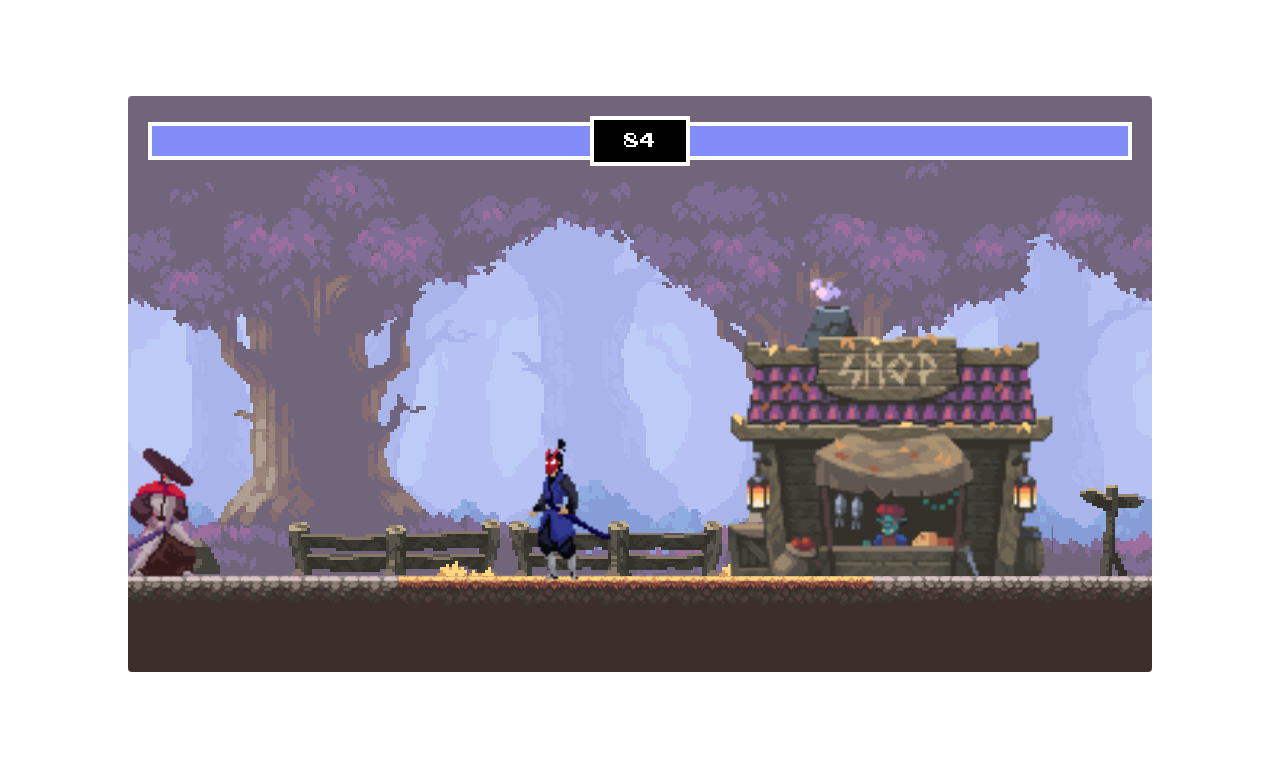
Repository: LuizAGDomingues/js-fighting-game
Page: index.html
The author's editor kept a copy of each file at every save. The page is drawn from the files as they stood at one save, then again after the next save.
The browser window is 1280 px wide. The pictures show the whole page.

Above is the page before, as saved 2022-12-24 10:00:03.

### index.html
<!DOCTYPE html>
<html lang="en">
  <head>
    <meta charset="UTF-8" />
    <link rel="icon" type="image/svg+xml" href="./images/Logo.jpg" />
    <link rel="preconnect" href="https://fonts.googleapis.com" />
    <link rel="preconnect" href="https://fonts.gstatic.com" crossorigin />
    <link href="https://fonts.googleapis.com/css2?family=Press+Start+2P&display=swap" rel="stylesheet" />
    <link href="./src/css/battle.css" rel="stylesheet" />
    <meta name="viewport" content="width=device-width, initial-scale=1.0" />
    <title>Figthing Game</title>
  </head>
  <body>
    <div class="content">
      <div class="life-bars">
        <!-- player health -->
        <div class="playerHealth-content">
          <div class="playerHealth-aux"></div>
          <div id="playerHealth" class="playerHealth-bar"></div>
        </div>
        <!-- timer -->
        <div id="timer" class="timer">10</div>
        <!-- enemy health -->
        <div class="enemyHealth-content">
          <div class="enemyHealth-aux"></div>
          <div id="enemyHealth" class="enemyHealth-bar"></div>
        </div>
      </div>
      <div id="displayText" class="result">Tie</div>
      <canvas style="border-radius: 4px;"></canvas>
    </div>
    <script
      src="https://cdnjs.cloudflare.com/ajax/libs/gsap/3.11.3/gsap.min.js"
      integrity="sha512-gmwBmiTVER57N3jYS3LinA9eb8aHrJua5iQD7yqYCKa5x6Jjc7VDVaEA0je0Lu0bP9j7tEjV3+1qUm6loO99Kw=="
      crossorigin="anonymous"
      referrerpolicy="no-referrer"
    ></script>
    <script src="./src/utils.js"></script>
    <script src="./src/classes.js"></script>
    <script src="./src/main.js"></script>
  </body>
</html>

### src/css/battle.css
* {
  box-sizing: border-box;
  font-family: 'Press Start 2P', sans-serif;
}

body {
  width: 100%;
  height: 100%;
  display: flex;
  justify-content: center;
  margin: 6rem 0;
  overflow: hidden;
}

.content {
  position: relative;
  display: inline-block;
}

.life-bars {
  position: absolute;
  display: flex;
  width: 100%;
  align-items: center;
  padding: 20px;
}

.playerHealth-content {
  position: relative;
  width: 100%;
  display: flex;
  justify-content: flex-end;
  border-top: 4px solid white;
  border-left: 4px solid white;
  border-bottom: 4px solid white;
}

.playerHealth-aux {
  background-color: red;
  height: 30px;
  width: 100%;
}

.playerHealth-bar {
  position: absolute;
  background: #818CF8;
  top: 0;
  right: 0;
  bottom: 0;
  width: 100%;
}

.timer {
  background-color: black;
  width: 100px;
  height: 50px;
  flex-shrink: 0;
  display: flex;
  align-items: center;
  justify-content: center;
  color: white;
  border: 4px solid white;
}

.enemyHealth-content {
  position: relative;
  width: 100%;
  border-top: 4px solid white;
  border-right: 4px solid white;
  border-bottom: 4px solid white;
}

.enemyHealth-aux {
  background-color: red;
  height: 30px;
}

.enemyHealth-bar {
  position: absolute;
  background: #818CF8;
  top: 0;
  right: 0;
  bottom: 0;
  left: 0;
}

.result {
  position: absolute;
  color: white;
  align-items: center;
  justify-content: center;
  top: 0;
  right: 0;
  bottom: 0;
  left: 0;
  display: none;
}

### src/utils.js
function rectangularCollision({ rectangle1, rectangle2 }) {
  return (
    rectangle1.attackBox.position.x + rectangle1.attackBox.width >= rectangle2.position.x
    && rectangle1.attackBox.position.x <= rectangle2.position.x + rectangle2.width
    && rectangle1.attackBox.position.y + rectangle1.attackBox.height >= rectangle2.position.y
    && rectangle1.attackBox.position.y <= rectangle2.position.y + rectangle2.height
  )
};

function determineWinner({player, enemy, timerId}) {
  clearTimeout(timerId)
  document.querySelector('#displayText').style.display = 'flex'
  if(player.health === enemy.health) {
    document.querySelector('#displayText').innerHTML = 'Tie'
  } else if (player.health > enemy.health) {
    document.querySelector('#displayText').innerHTML = 'Player 1 wins'
  } else if (player.health < enemy.health) {
    document.querySelector('#displayText').innerHTML = 'Player 2 wins'
  }
};

### src/classes.js
class Sprite {
  constructor({position, imageSrc, scale = { x: 1, y: 1 }, framesMax = 1, offset = { x: 0, y: 0 }}) {
    this.position = position
    this.image = new Image()
    this.image.src = imageSrc
    this.scale = scale
    this.framesMax = framesMax
    this.framesCurrent = 0
    this.framesElapsed = 0
    this.framesHold = 5
    this.offset = offset
  }

  draw() {
    c.drawImage(
      this.image,
      this.framesCurrent * (this.image.width / this.framesMax),
      0,
      this.image.width / this.framesMax,
      this.image.height,
      this.position.x - this.offset.x,
      this.position.y - this.offset.y,
      (this.image.width / this.framesMax) * this.scale.x,
      this.image.height * this.scale.y
    )
  }

  animateFrames() {
    this.framesElapsed++
    if(this.framesElapsed % this.framesHold === 0) {
      if(this.framesCurrent < this.framesMax - 1) {
        this.framesCurrent++
      } else {
        this.framesCurrent = 0
      }
    }
  }

  update() {
    this.draw()
    this.animateFrames()
  }
}

class Fighter extends Sprite {
  constructor({
    position,
    velocity,
    color = 'red',
    imageSrc,
    scale = { x: 1, y: 1 },
    framesMax = 1,
    offset = { x: 0, y: 0 },
    sprites,
    attackBox = { offset: {}, width: undefined, height: undefined }
  }) {
    super({
      position,
      imageSrc,
      scale,
      framesMax,
      offset
    })

    this.velocity = velocity
    this.width = 50
    this.height = 150
    this.lastKey
    this.attackBox = {
      position: {
        x: this.position.x,
        y: this.position.y
      },
      offset: attackBox.offset,
      width: attackBox.width,
      height: attackBox.height
    }
    this.color = color
    this.isAttacking
    this.health = 100
    this.framesCurrent = 0
    this.framesElapsed = 0
    this.framesHold = 5
    this.sprites = sprites
    this.dead = false

    for (const sprite in this.sprites) {
      sprites[sprite].image = new Image()
      sprites[sprite].image.src = sprites[sprite].imageSrc
    }
  }

  update() {
    this.draw()
    if(!this.dead) this.animateFrames()

    this.attackBox.position.x = this.position.x + this.attackBox.offset.x
    this.attackBox.position.y = this.position.y + this.attackBox.offset.y

    // Draw the attack box
    //c.fillRect(this.attackBox.position.x, this.attackBox.position.y, this.attackBox.size.width, this.attackBox.height)

    this.position.x += this.velocity.x
    this.position.y += this.velocity.y

    // gravity function
    if(this.position.y + this.height + this.velocity.y >= canvas.height - 96) {
      this.velocity.y = 0
      this.position.y = 330
    } else this.velocity.y += gravity

  }

  attack() {
    if(this.image === this.sprites.takeHit.image || this.image === this.sprites.death.image) {
      return
    } else {
      this.switchSprite('attack1')
      this.isAttacking = true
    }
  }

  takeHit() {
    this.health -= 20
    if(this.health <= 0) {
      this.switchSprite('death')
    } else {
      this.switchSprite('takeHit')
    }
  }

  switchSprite(sprite) {
    if(this.image === this.sprites.death.image) {
      if(this.framesCurrent === this.sprites.death.framesMax - 1)
        this.dead = true
      return
    }
    // overriding all other animations with the attack animation
    if(
      this.image === this.sprites.attack1.image &&
      this.framesCurrent < this.sprites.attack1.framesMax - 1
    ) return
    // overriding when figther gets hit
    if(
      this.image === this.sprites.takeHit.image &&
      this.framesCurrent < this.sprites.takeHit.framesMax - 1
    ) return

    switch(sprite) {
      case 'idle':
        if(this.image !== this.sprites.idle.image) {
          this.image = this.sprites.idle.image
          this.framesMax = this.sprites.idle.framesMax
          this.framesCurrent = 0
        }
        break
      case 'run':
        if(this.image !== this.sprites.run.image) {
          this.image = this.sprites.run.image
          this.framesMax = this.sprites.run.framesMax
          this.framesCurrent = 0
        }
        break
      case 'jump':
        if(this.image !== this.sprites.jump.image) {
          this.image = this.sprites.jump.image
          this.framesMax = this.sprites.jump.framesMax
          this.framesCurrent = 0
        }
        break
      case 'fall':
        if(this.image !== this.sprites.fall.image) {
          this.image = this.sprites.fall.image
          this.framesMax = this.sprites.fall.framesMax
          this.framesCurrent = 0
        }
        break
      case 'attack1':
        if(this.image !== this.sprites.attack1.image) {
          this.image = this.sprites.attack1.image
          this.framesMax = this.sprites.attack1.framesMax
          this.framesCurrent = 0
        }
        break
      case 'takeHit':
        if(this.image !== this.sprites.takeHit.image) {
          this.image = this.sprites.takeHit.image
          this.framesMax = this.sprites.takeHit.framesMax
          this.framesCurrent = 0
        }
        break
      case 'death':
        if(this.image !== this.sprites.death.image) {
          this.image = this.sprites.death.image
          this.framesMax = this.sprites.death.framesMax
          this.framesCurrent = 0
        }
        break
    }
  }
}

### src/main.js
const canvas = document.querySelector('canvas');
const c = canvas.getContext('2d');

canvas.width = 1024
canvas.height = 576

c.fillRect(0, 0, canvas.width, canvas.height)

const gravity = .7

var gameIsOver = false

const background = new Sprite({
  position: {
    x: 0,
    y: 0
  },
  imageSrc: '../images/background.png'
})

const shop = new Sprite({
  position: {
    x: 600,
    y: 128
  },
  imageSrc: '../images/shop.png',
  scale: {
    x: 2.75,
    y: 2.75
  },
  framesMax: 6
})

const player = new Fighter({
  position: {
    x: 0,
    y: 0
  },
  velocity: {
    x: 0,
    y: 0
  },
  offset: {
    x: 0,
    y: 0
  },
  imageSrc: '../images/samuraiMack/Idle.png',
  framesMax: 8,
  scale: {
    x: 2.5,
    y: 2.5
  },
  offset: {
    x: 215,
    y: 155
  },
  sprites: {
    idle: {
      imageSrc: '../images/samuraiMack/Idle.png',
      framesMax: 8
    },
    run: {
      imageSrc: '../images/samuraiMack/Run.png',
      framesMax: 8
    },
    jump: {
      imageSrc: '../images/samuraiMack/Jump.png',
      framesMax: 2
    },
    fall: {
      imageSrc: '../images/samuraiMack/Fall.png',
      framesMax: 2
    },
    attack1: {
      imageSrc: '../images/samuraiMack/Attack1.png',
      framesMax: 6
    },
    takeHit: {
      imageSrc: '../images/samuraiMack/Take Hit.png',
      framesMax: 4
    },
    death: {
      imageSrc: '../images/samuraiMack/Death.png',
      framesMax: 6
    }
  },
  attackBox: {
    offset: {
      x: 100,
      y: 50
    },
    width: 140,
    height: 50
  }
})

const enemy = new Fighter({
  position: {
    x: 400,
    y: 100
  },
  velocity: {
    x: 0,
    y: 0
  },
  color: 'blue',
  offset: {
    x: -50,
    y: 0
  },
  imageSrc: '../images/kenji/Idle.png',
  framesMax: 4,
  scale: {
    x: 2.5,
    y: 2.5
  },
  offset: {
    x: 215,
    y: 167
  },
  sprites: {
    idle: {
      imageSrc: '../images/kenji/Idle.png',
      framesMax: 4
    },
    run: {
      imageSrc: '../images/kenji/Run.png',
      framesMax: 8
    },
    jump: {
      imageSrc: '../images/kenji/Jump.png',
      framesMax: 2
    },
    fall: {
      imageSrc: '../images/kenji/Fall.png',
      framesMax: 2
    },
    attack1: {
      imageSrc: '../images/kenji/Attack1.png',
      framesMax: 4
    },
    takeHit: {
      imageSrc: '../images/kenji/Take hit.png',
      framesMax: 3
    },
    death: {
      imageSrc: '../images/kenji/Death.png',
      framesMax: 7
    }
  },
  attackBox: {
    offset: {
      x: -170,
      y: 50
    },
    width: 170,
    height: 50
  }
})

const keys = {
  a: {
    pressed: false
  },
  d: {
    pressed: false
  },
  ArrowRight: {
    pressed: false
  },
  ArrowLeft: {
    pressed: false
  }
}

// Timer actions
let timer = 90
let timerId
function decreaseTimer() {
  if(timer > 0) {
    timerId = setTimeout(decreaseTimer, 1000)
    timer--
    document.querySelector('#timer').innerHTML = timer
  }
  if(timer === 0) {
    determineWinner({player, enemy, timerId})
    gameIsOver = true
  }
};
decreaseTimer();

function animate() {
  window.requestAnimationFrame(animate)
  c.fillStyle = 'black'
  c.fillRect(0, 0, canvas.width, canvas.height)
  background.update()
  shop.update()
  c.fillStyle = 'rgba(255, 255, 255, 0.1)'
  c.fillRect(0, 0, canvas.width, canvas.height)
  player.update()
  enemy.update()

  player.velocity.x = 0
  enemy.velocity.x = 0

  // player movement
  if(keys.a.pressed && player.lastKey === 'a' && player.position.x >= 0 && player.image != player.sprites.attack1.image) {
    player.velocity.x = -5
    player.switchSprite('run')
  } else if(keys.d.pressed && player.lastKey === 'd' && player.position.x <= canvas.width - 60 && player.image != player.sprites.attack1.image) {
    player.velocity.x = 5
    player.switchSprite('run')
  } else {
    player.switchSprite('idle')
  }
  // player jumping
  if(player.velocity.y < 0) {
    player.switchSprite('jump')
  } else if(player.velocity.y > 0) {
    player.switchSprite('fall')
  }

  // enemy movement
  if(keys.ArrowLeft.pressed && enemy.lastKey === 'ArrowLeft' && enemy.position.x >= 0) {
    enemy.velocity.x = -5
    enemy.switchSprite('run')
  } else if(keys.ArrowRight.pressed && enemy.lastKey === 'ArrowRight' && enemy.position.x <= canvas.width - 50) {
    enemy.velocity.x = 5
    enemy.switchSprite('run')
  } else {
    enemy.switchSprite('idle')
  }
  // enemy jumping
  if(enemy.velocity.y < 0) {
    enemy.switchSprite('jump')
  } else if(enemy.velocity.y > 0) {
    enemy.switchSprite('fall')
  }

  // detect for collision & enemy is hit
  if(rectangularCollision({rectangle1: player, rectangle2: enemy}) && player.isAttacking && player.framesCurrent === 4) {
    enemy.takeHit()
    player.isAttacking = false
    gsap.to('#enemyHealth', {
      width: enemy.health + '%'
    })
  }

  //if player misses enemy
  if(player.isAttacking && player.framesCurrent === 4) {
    player.isAttacking = false
  }

  // detect for collision & player is hit
  if(rectangularCollision({rectangle1: enemy, rectangle2: player}) && enemy.isAttacking && enemy.framesCurrent === 2) {
    player.takeHit()
    enemy.isAttacking = false
    gsap.to('#playerHealth', {
      width: player.health + '%'
    })
  }

  //if enemy misses enemy
  if(enemy.isAttacking && enemy.framesCurrent === 2) {
    enemy.isAttacking = false
  }

  // end game base on health
  if(enemy.health <= 0 || player.health <= 0){
    determineWinner({player, enemy, timerId})
    gameIsOver = true
  }
}
animate()

window.addEventListener('keydown', (event) => {
  if(!player.dead && !gameIsOver) {
    switch (event.key) {
      case 'd':
        keys.d.pressed = true
        player.lastKey = 'd'
        break
      case 'a':
        keys.a.pressed = true
        player.lastKey = 'a'
        break
      case 'w':
        if(player.image === player.sprites.jump.image || player.image === player.sprites.fall.image) {
          break
        }
        player.velocity.y = -20
        break
      case ' ':
        player.attack()
        break
    }
  }
  if(!enemy.dead && !gameIsOver) {
    switch (event.key) {
      case 'ArrowRight':
        keys.ArrowRight.pressed = true
        enemy.lastKey = 'ArrowRight'
        break
      case 'ArrowLeft':
        keys.ArrowLeft.pressed = true
        enemy.lastKey = 'ArrowLeft'
        break
      case 'ArrowUp':
        if(enemy.image === enemy.sprites.jump.image || enemy.image === enemy.sprites.fall.image) {
          break
        }
        enemy.velocity.y = -20
        break
      case 'ArrowDown':
        enemy.attack()
        break
    }
  }
})

window.addEventListener('keyup', (event) => {
  switch (event.key) {
    case 'd':
      keys.d.pressed = false
      break
    case 'a':
      keys.a.pressed = false
      break

    case 'ArrowRight':
      keys.ArrowRight.pressed = false
      break
    case 'ArrowLeft':
      keys.ArrowLeft.pressed = false
      break
  }
})

After the next save:
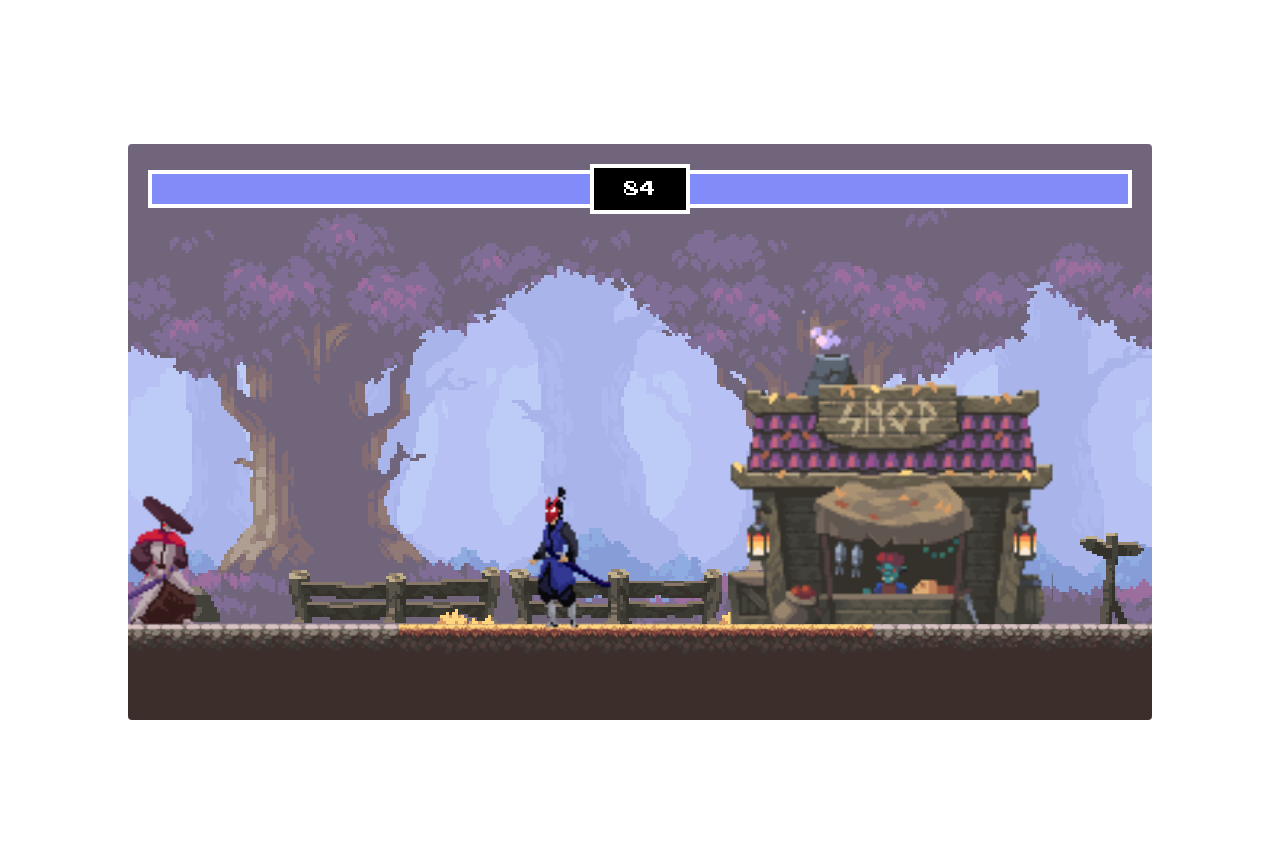
Saved 4 s later.
--- a/src/css/battle.css
+++ b/src/css/battle.css
@@ -8,7 +8,7 @@ body {
   height: 100%;
   display: flex;
   justify-content: center;
-  margin: 6rem 0;
+  margin: 9rem 0;
   overflow: hidden;
 }
 
